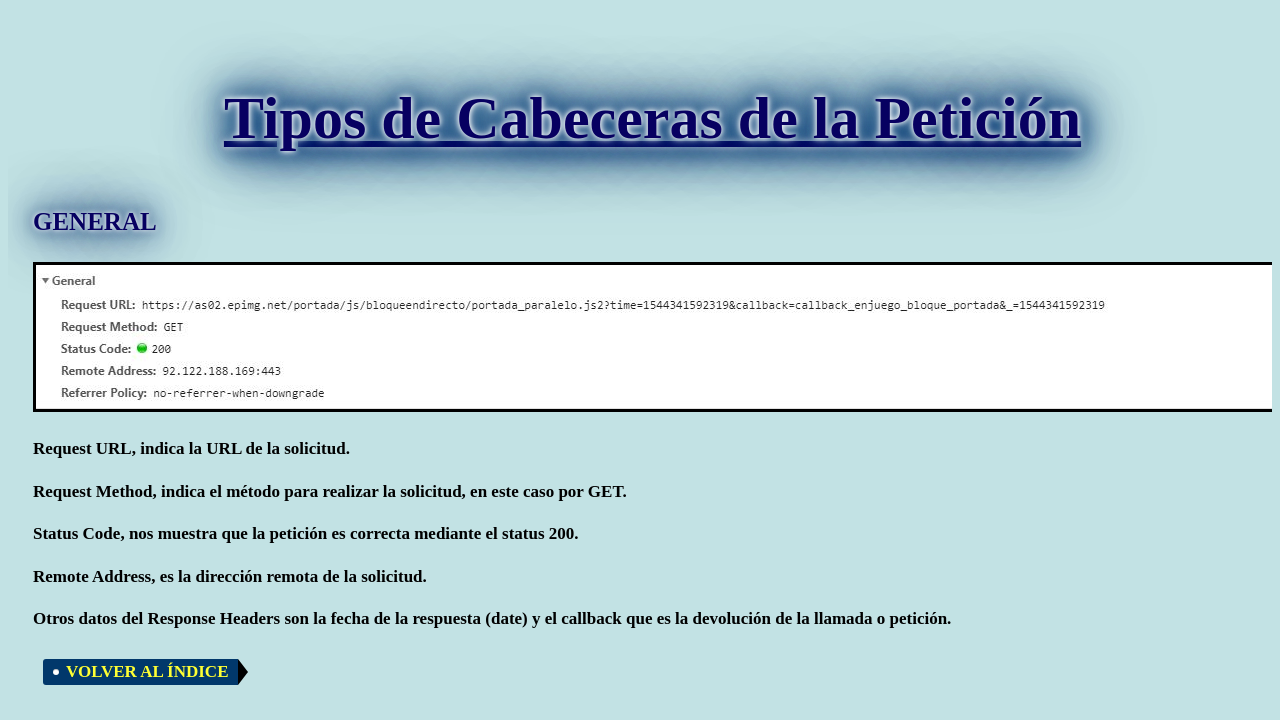
Repository: VictorinoBF97/HerramientasDesarollo
Page: general.html
An editor plug-in stored every save of this project. The page is shown before and after the next save, followed by the edit.
The browser window is 1280 px wide. The pictures show the whole page.

Above is the page before, as saved 2018-12-09 09:25:48.
Not found: main.js

### general.html
<!DOCTYPE html>
<html>
<head>
    <meta charset="utf-8" />
    <meta http-equiv="X-UA-Compatible" content="IE=edge">
    <title>GENERAL</title>
    <meta name="viewport" content="width=device-width, initial-scale=1">
    <link rel="stylesheet" type="text/css" media="screen" href="./css/styles.css" />
    <script src="main.js"></script>
    <link href="./iconoPestaña/images/iconoPestaña.png" rel="shortcut icon" type="image/x-icon" />
</head>
    <body>
            <h1><u>Tipos de Cabeceras de la Petición</u></h1>

            <h2>GENERAL</h2>

            <div>
                <img src="./images/general.JPG" border="3"/>
            </div>

            <div>
                <p><strong>Request URL</strong>, indica la URL de la solicitud.</p>
                <p><strong>Request Method</strong>, indica el método para realizar la solicitud, en este caso por GET.</p>
                <p><strong>Status Code</strong>, nos muestra que la petición es correcta mediante el <b>status 200</b>.</p>
                <p><strong>Remote Address</strong>, es la dirección remota de la solicitud.</p>
                <p>Otros datos del <b>Response Headers</b> son la fecha de la respuesta (date) y el <strong>callback</strong> que es la devolución de la llamada o petición.</p>
            </div>

            <a  href="headers.html" target="_self"
            <a href="indice.html" target="_self" class="volver">VOLVER AL ÍNDICE</a>
    </body>












</html>

### css/styles.css
@charset "UTF-8";
html {
  background-color: #c2e2e4;
  overflow: auto;
  overflow-x: scroll; }

.titulo {
  text-shadow: 0px 0px 5px #989993;
  border: 10px ridge #1E90FF;
  width: 75%; }

h1 {
  font-size: 60px;
  font-family: 'Futura';
  color: #070061;
  text-shadow: 0 0 5px #fff, 0 0 10px #fff, 0 0 20px #033a75, 0 0 30px #033a75, 0 0 40px #033a75, 0 0 55px #033a75, 0 0 75px #033a75;
  text-align: center; }

h2, h3, h4 {
  font-size: 25px;
  font-family: 'Futura';
  color: #070061;
  text-shadow: 0 0 5px #fff, 0 0 10px #fff, 0 0 20px #033a75, 0 0 30px #033a75, 0 0 10px #033a75, 0 0 55px #033a75, 0 0 75px #033a75; }

body {
  font: 17px/1.5 'PT Sans', serif;
  font-weight: bold;
  overflow: hidden;
  padding-left: 25px;
  padding-top: 25px; }

.indice {
  font-size: 125%; }

a {
  background: rgb(1, 56, 107);
  border-radius: 3px 0 0 3px;
  color: #ffff33;
  display: inline-block;
  height: 26px;
  line-height: 26px;
  padding: 0 20px 0 23px;
  position: relative;
  margin: 10px 10px 0;
  text-decoration: none;
  -webkit-transition: color 0.2s; }

a::before {
  background: #fff;
  border-radius: 10px;
  box-shadow: inset 0 1px rgba(0, 0, 0, 0.25);
  content: '';
  height: 6px;
  left: 10px;
  position: absolute;
  width: 6px;
  top: 10px; }

a::after {
  background: #c2e2e4;
  border-bottom: 13px solid transparent;
  border-left: 10px solid rgb(1, 56, 107);
  border-top: 13px solid transparent;
  content: '';
  position: absolute;
  right: 0;
  top: 0; }

a:hover {
  background-color: rgb(220,20,60);
  color: #ffffff; }

a:hover::after {
  border-left-color: rgb(220,20,60); }

/* VOLVER AL ├ìNDICE */
.volver::after {
  background: #c2e2e4;
  border-bottom: 13px solid transparent;
  border-left: 10px solid black;
  border-top: 13px solid transparent;
  content: '';
  position: absolute;
  right: 0;
  top: 0; }

.volver:hover {
  background-color: rgb(220,20,60);
  color: #ffffff; }

.volver:hover::after {
  border-right-color: rgb(220,20,60); }

/*# sourceMappingURL=styles.css.map */

After the next save:
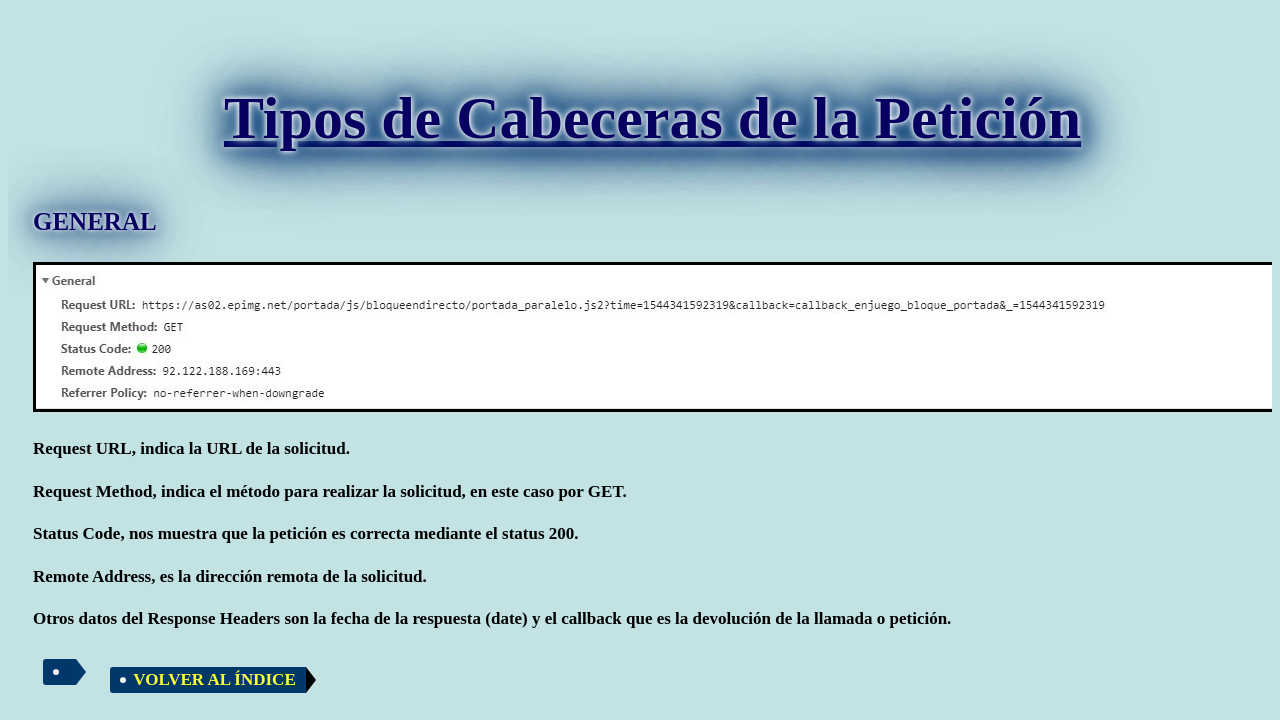
Saved 7 s later.
--- a/general.html
+++ b/general.html
@@ -26,7 +26,7 @@
                 <p>Otros datos del <b>Response Headers</b> son la fecha de la respuesta (date) y el <strong>callback</strong> que es la devolución de la llamada o petición.</p>
             </div>
 
-            <a  href="headers.html" target="_self"
+            <a  href="headers.html" target="_self"></a>
             <a href="indice.html" target="_self" class="volver">VOLVER AL ÍNDICE</a>
     </body>
 
